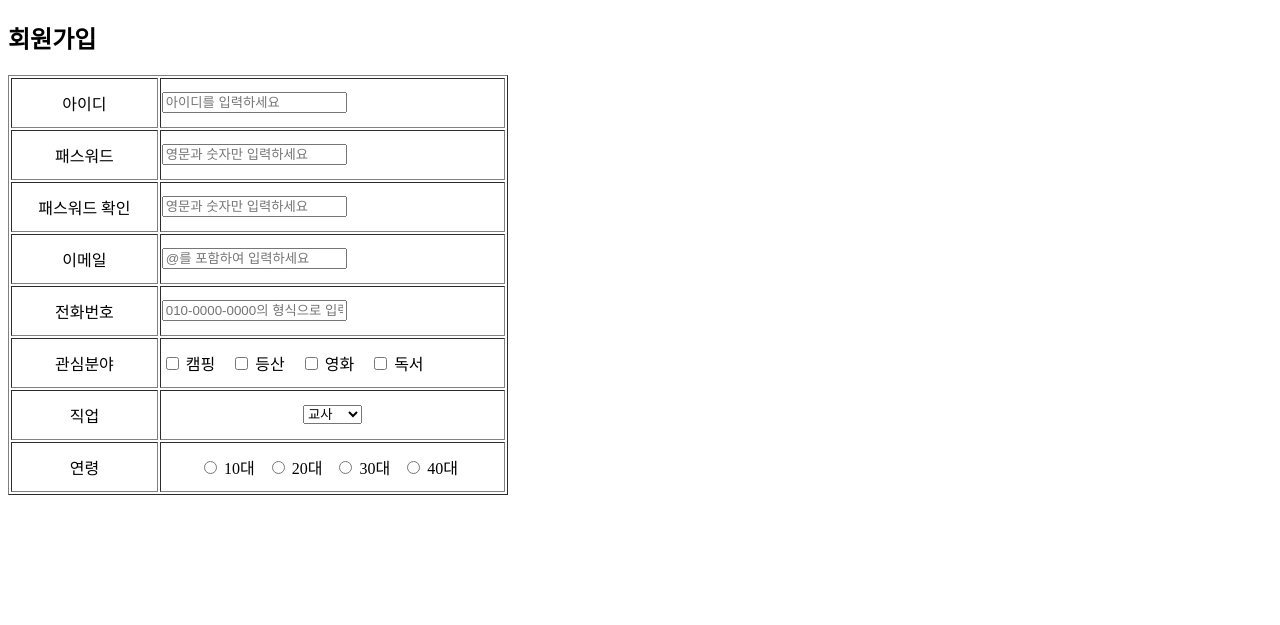
Repository: ohseung-web/OTjsp2026
Page: http://localhost/chapter/RequestJoin.jsp
The author's editor kept a copy of each file at every save. The page is drawn from the files as they stood at one save, then again after the next save.
The browser window is 1280 px wide. The pictures show the whole page.
The page is served by Tomcat 9.

Above is the page before, as saved 2026-10-18 02:33:04.

After the next save:
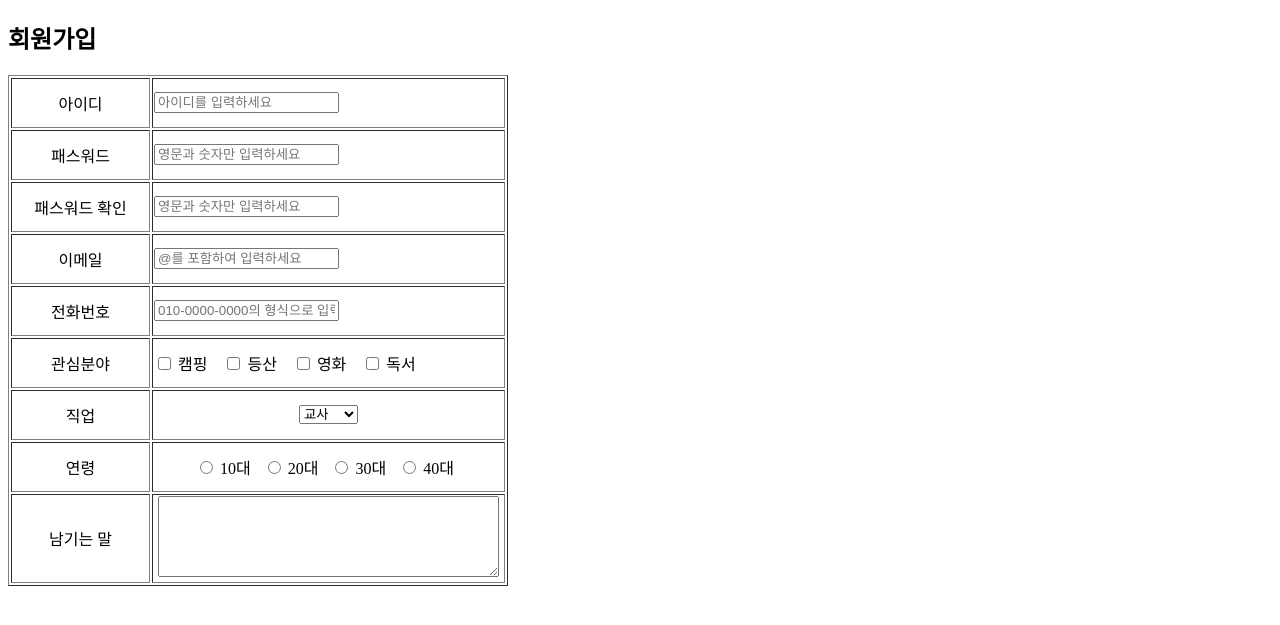
Saved 79 s later.
--- a/chapter/src/main/webapp/RequestJoin.jsp
+++ b/chapter/src/main/webapp/RequestJoin.jsp
@@ -77,6 +77,12 @@
 					<label for="forty">40대</label>&nbsp;&nbsp;
 				</td>
 			</tr>
+			<tr height="50">
+				<td width="150" align="center">남기는 말</td>
+				<td width="350" align="center">
+					<textarea rows="5" cols="40" name="info"></textarea>
+				</td>
+			</tr>
 		</table>
 
 	</form>
